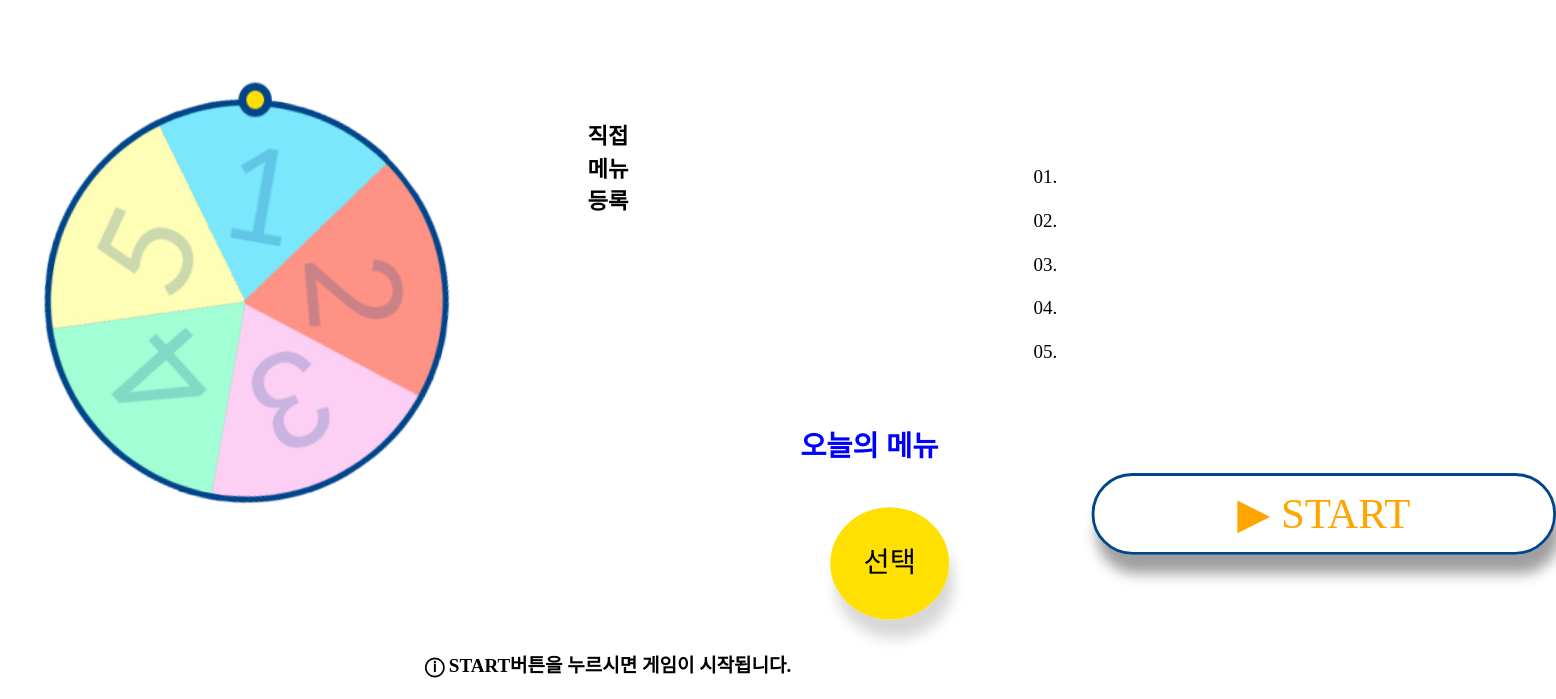
Repository: hkh00700/JustDoEat_Web
Page: http://localhost/justdoeat/WEB-INF/views/game/roulette.jsp
An editor plug-in stored every save of this project. The page is shown before and after the next save, followed by the edit.
The browser window is 1280 px wide. The page is 1638 px wide, so the pictures cover 1638 px, including what lies to the right of the window. The pictures show the whole page, at 95% of full size.
The page is served by Tomcat 9. Nobody is signed in. Other server files are loaded and not shown. The template is opened directly, without the code that normally fills it, so the values that code supplies are empty.

Above is the page before, as saved 2021-05-19 01:45:49.
Console error: SyntaxError: Invalid or unexpected token

### justdoeat/src/main/webapp/WEB-INF/views/game/roulette.jsp
<%@ page language="java" contentType="text/html; charset=UTF-8"
    pageEncoding="UTF-8"%>
<%@taglib uri="http://java.sun.com/jsp/jstl/core" prefix="c" %>
<!DOCTYPE html>
<html>
<head>
<meta charset="UTF-8">
<title>Insert title here</title>
<script type="text/javascript">
const roulette = document.querySelector(".roulette");
const trigger = document.querySelector(".trigger");
trigger.addEventListener("click", onClickTrigger);

function onClickTrigger(e) {
  roulette.classList.add("loop");
}

/* float rnd = Random.Range(0.0f, 0.5f);

this.transform.rotation = Quaternion.Euler(and, 0.0f, 0.0f);

Math.floor(Math.rand()*100) */

function start_click() {

	@keyframes rotation {
		int random = getRandom(360);
		float fromAngle = random+720+angle;

	   from {
	     transform: rotate(0deg);
	   }
	   to {
	     transform: rotate(720 deg);
	   }
	 }
}
$('.trigger').click function {
	@keyframes rotation {
		int random = getRandom(360);
		float fromAngle = random+720+angle;

	   from {
	     transform: rotate(0deg);
	   }
	   to {
	     transform: rotate(720 deg);
	   }
	 }
	});

</script>




<style type="text/css">


	@keyframes rotation {
		int random = getRandom(360);
		float fromAngle = random+720+angle;

	   from {
	     transform: rotate(0deg);
	   }
	   to {
	     transform: rotate(730deg);
	   }
	 }


.roulette.loop {
  animation: rotation 5s ease-in-out forwards;
}

.content{
position:relative;
height: 720px;
text-align: center;
font-size: 20px;
}
h3{
position:absolute;
margin-top:-350px;
margin-left: 600px;
right: 600px;

}
.num{
position:absolute;
margin-left: 1080px;
margin-top:-300px;

}
.menu{
position:absolute;
margin-left: 1160px;
margin-top: -300px;
}

.content img{

 width: 425.8px;
  height: 425.8px;
  margin: 19.4px 0 0;
  padding: 1.6px 56.6px 9.7px 46.9px;
  position:relative;
  top:70px;
  left: -600px;

}

#pin{
z-index:1;
position:relative;
left:-105px;
margin-top:100px;
width: 35px;
height: 36px;
margin: 0 194.9px 409.2px 195.9px;
padding: 9px 8px 8px;
}
h2{
margin-left:550px;
margin-top:-30px;
color: blue;

}
.content2 a:first-of-type{
width: 650px;
height: 120px;
margin: 40px 23px 42px 30px;
padding: 15px 150px 15px 150px;
border-radius: 60px;
box-shadow: 5px 20px 15px 0 rgba(0, 0, 0, 0.38);
border: solid 3px #00458a;
text-align: center;
font-size: 45px;
position: relative;
left: 750px;
color: orange;
}
.select{
 width: 100px;
  height: 100px;
  margin: 40px 157px 42px 23px;
  padding: 41px 35px 44px;
  box-shadow: 5px 20px 15px 0 rgba(0, 0, 0, 0.16);
  background-color: #ffe000;
  border-radius: 50%;
  font-size: 30px;
  margin-left: 750px;
}
.content2 img{
position: absolute;
top:-100px;
}
.roulette{
	 transform: rotate(0deg);
	 animation: rotation 5s ease-in-out forwards;
}

</style>
</head>
<body>
<div class="content">
<img src='imgs/pin.png'alt="룰렛" id="pin"/>
<img src='imgs/roulette.png' alt="룰렛" class="roulette"/>
	<h3>직접 메뉴 등록</h3>
	<div class="num">
	01.<br/><br/>
	02.<br/><br/>
	03.<br/><br/>
	04.<br/><br/>
	05.<br/><br/>
	</div>
	<div class="menu">
	 <c:forEach items="${edtos }" var="vo">
		 ${vo.food }            <br/><hr/>
	</c:forEach>
	</div>
	<div class="content2">
	<h2>오늘의 메뉴</h2>
	<a class="trigger" onclick="start_click();">▶ START</a><img src='imgs/reset.png' alt="다시추천"/><a class='select'>선택</a>
	<br/><br/><br/><h4>ⓘ START버튼을 누르시면 게임이 시작됩니다.</h4>
	</div>
</div>
</body>
</html>

After the next save:
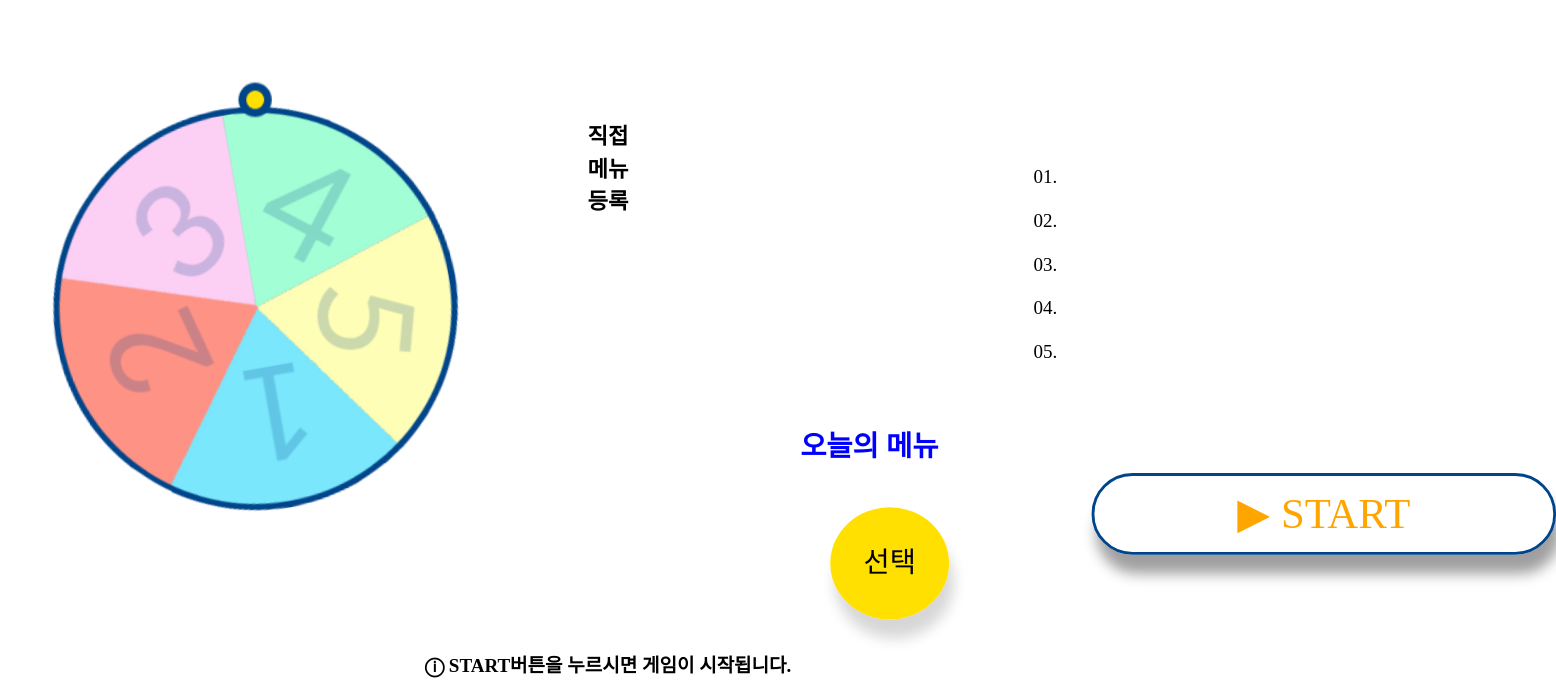
Saved 15 s later.
--- a/justdoeat/src/main/webapp/WEB-INF/views/game/roulette.jsp
+++ b/justdoeat/src/main/webapp/WEB-INF/views/game/roulette.jsp
@@ -65,7 +65,7 @@
 	     transform: rotate(0deg);
 	   }
 	   to {
-	     transform: rotate(730deg);
+	     transform: rotate(1250deg);
 	   }
 	 }
 

After the 2 saves that followed:
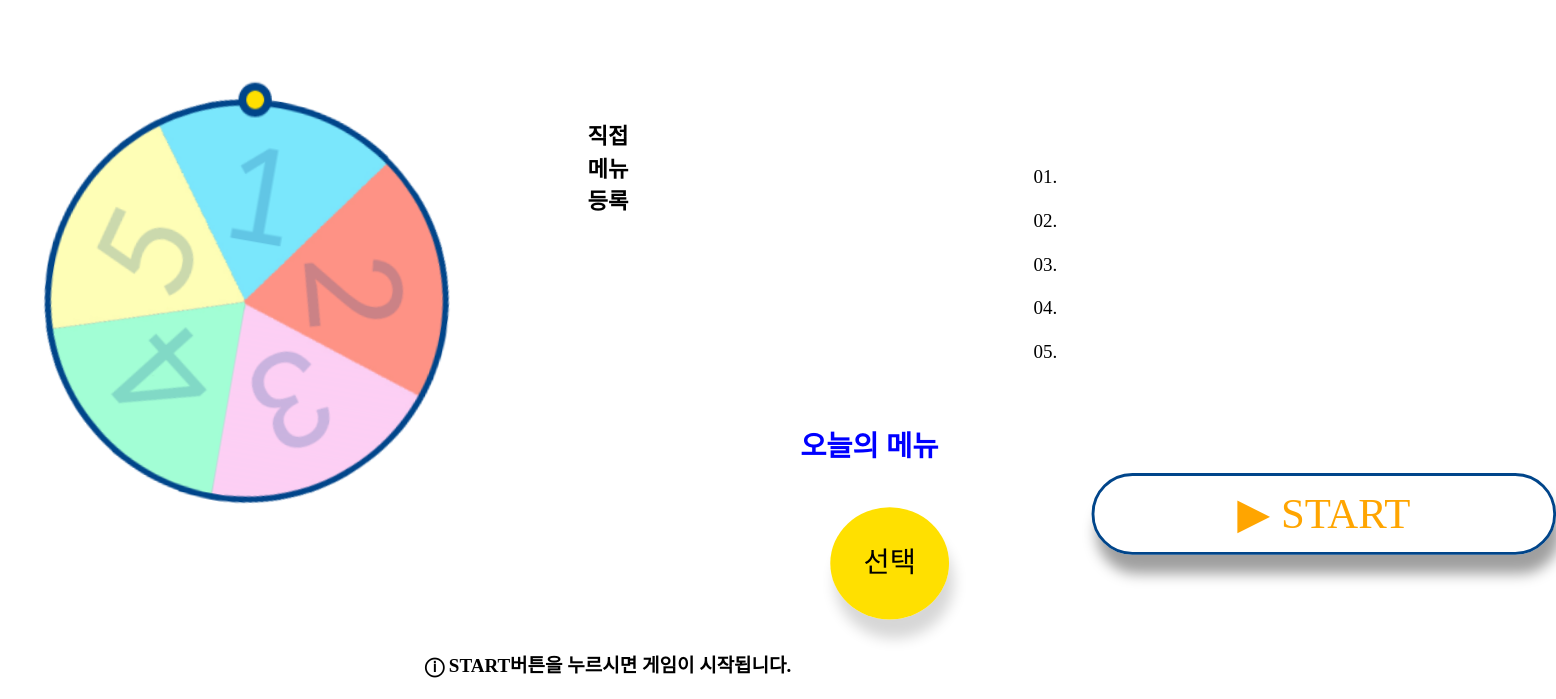
The 2 saves are shown as one change because 1 left the picture as it was.
The last was saved 8 min 10 s later.
--- a/justdoeat/src/main/webapp/WEB-INF/views/game/roulette.jsp
+++ b/justdoeat/src/main/webapp/WEB-INF/views/game/roulette.jsp
@@ -65,13 +65,13 @@
 	     transform: rotate(0deg);
 	   }
 	   to {
-	     transform: rotate(1250deg);
+	     transform: rotate(3250deg);
 	   }
 	 }
 
 
 .roulette.loop {
-  animation: rotation 5s ease-in-out forwards;
+  animation: rotation 7s ease-in-out forwards;
 }
 
 .content{
